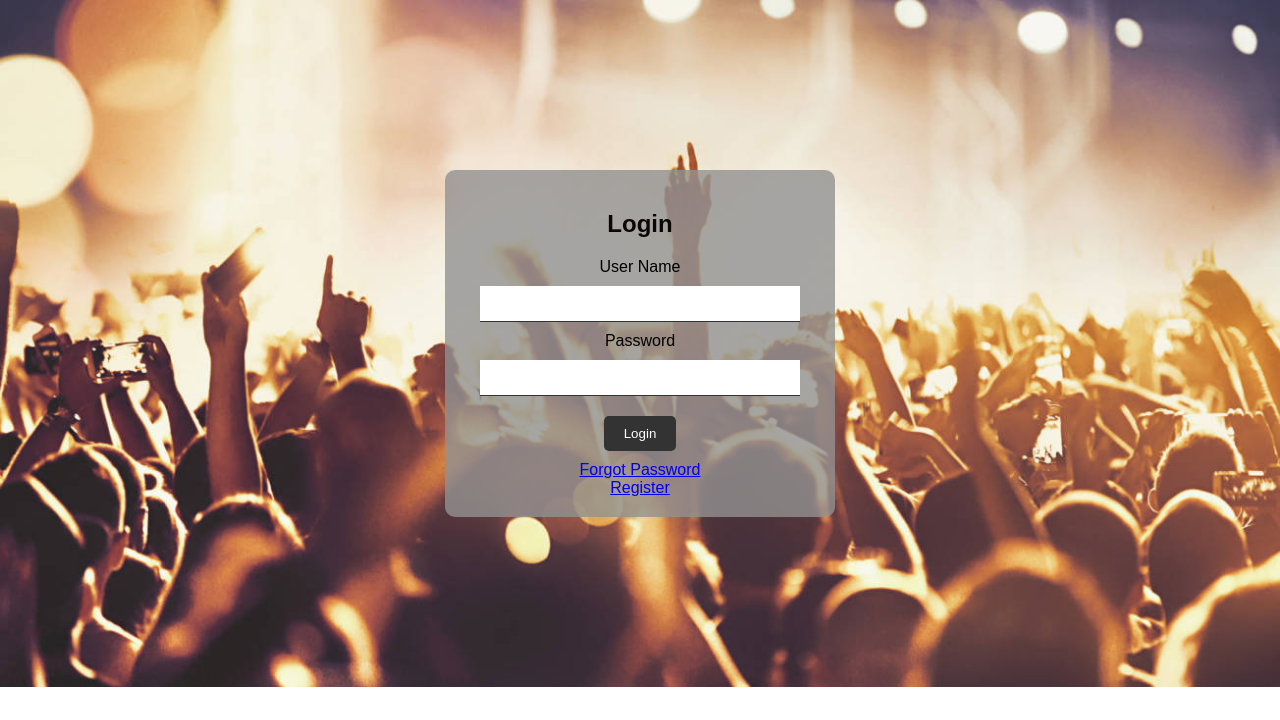
Repository: Dulankayapa/2ndyearoopprojrct
Page: http://localhost/feedback/login.jsp
The author's editor kept a copy of each file at every save. The page is drawn from the files as they stood at one save, then again after the next save.
The browser window is 1280 px wide. The pictures show the whole page.
The page is served by Tomcat 9. Other server files are loaded and not shown.

Above is the page before, as saved 2023-10-23 12:07:17.

### feedback/src/main/webapp/login.jsp
<!DOCTYPE html>
<html>
<head>
    <meta charset="UTF-8">
    <title>Beautiful Login Page</title>
    <style>
        body {
             background-image: url("Case-Event-economics.jpg");
    background-size: cover;
    background-position: center;
    background-repeat: no-repeat;
            font-family: Arial, sans-serif;
             margin: 0;
        }

        .login-container {
            background: rgba(147, 145, 145, 0.8);
            border-radius: 10px;
            text-align: center;
            padding: 20px;
            width: 350px;
             margin: 170px auto;



        }

        h2 {
            color: #0b0707;
        }

        input[type="text"],
        input[type="password"] {
            width: 300px;
            padding: 10px;
            margin: 10px 0;
            border: none;
            border-bottom: 1px solid #333;
            outline: none;
        }

        input[type="submit"] {
            background-color: #333;
            color: #fff;
            padding: 10px 20px;
            border: none;
            border-radius: 5px;
            cursor: pointer;
            margin:10px;
        }

        input[type="submit"]:hover {
            background-color: #0a0808;
        }
    </style>
</head>
<body>
<div class="login-container">
    <form action="log" method="post">
        <h2>Login</h2>
        User Name <input type="text" name="uid" required><br>
        Password <input type="password" name="pass" required><br>
        <input type="submit" name="submit" value="Login"><br>
        <a href ="updateaccount.jsp">Forgot Password</a><br>
        <a href="Registration.jsp">   Register </a>
    </form>
    </div>
</body>
</html>

After the next save:
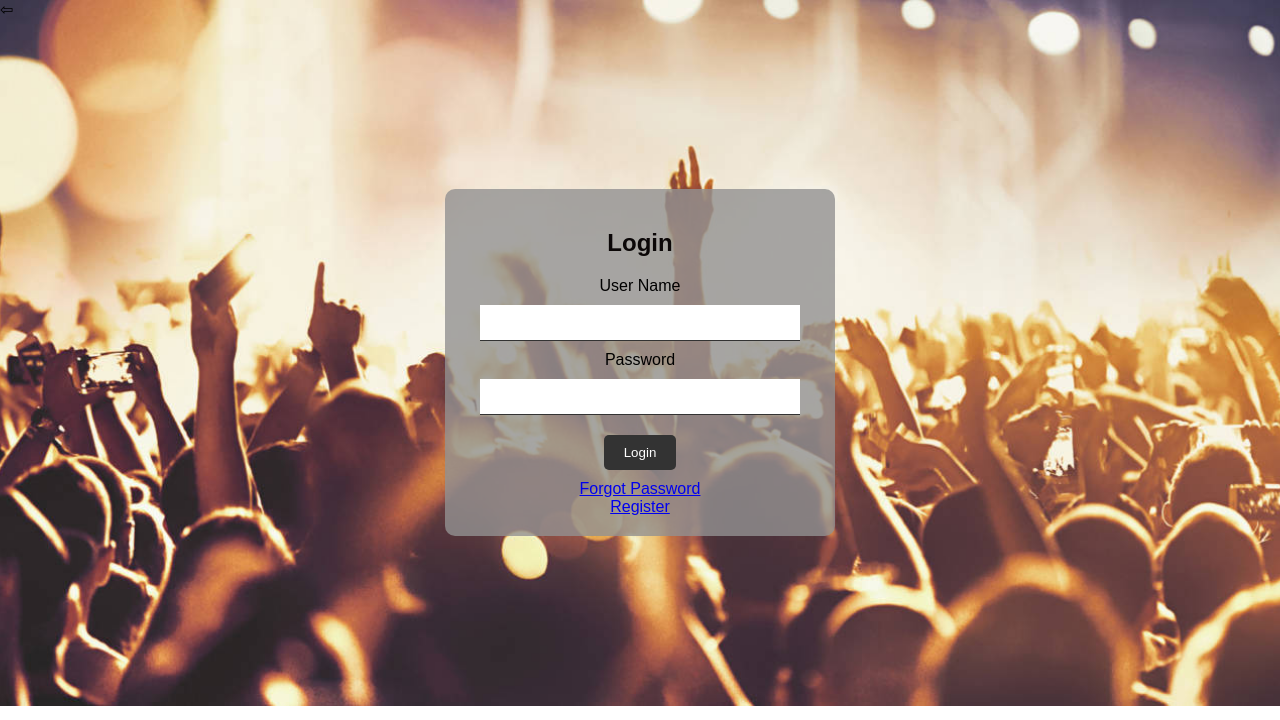
Saved 3 min 45 s later.
--- a/feedback/src/main/webapp/login.jsp
+++ b/feedback/src/main/webapp/login.jsp
@@ -55,6 +55,7 @@
     </style>
 </head>
 <body>
+<span> &#8678;</span>
 <div class="login-container">
     <form action="log" method="post">
         <h2>Login</h2>
